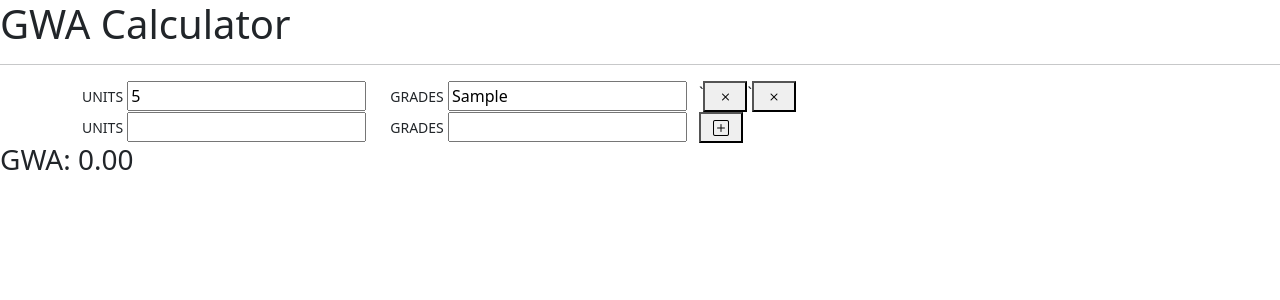
Repository: yonora/GWACalculator
Page: index.html
The author's editor kept a copy of each file at every save. The page is drawn from the files as they stood at one save, then again after the next save.
The browser window is 1280 px wide. The pictures show the whole page.
Empty fields were first filled with sample values (such as "Sample", 5 or name@example.com).
After loading, the first visible `button.col-auto` was clicked once.

Above is the page before, as saved 2025-01-08 00:22:36.

### index.html
<!DOCTYPE html>
<html lang="en">
<head>
    <meta charset="UTF-8">
    <meta name="viewport" content="width=device-width, initial-scale=1.0">
    <link rel="stylesheet" href="https://cdn.jsdelivr.net/npm/bootstrap@5.3.3/dist/css/bootstrap.min.css">
    <link rel="stylesheet" href="https://cdn.jsdelivr.net/npm/bootstrap-icons@1.11.3/font/bootstrap-icons.min.css">
    <script src="js.js"></script>
    <title>GWA Calculator</title>
</head>
<body>
    <h1>GWA Calculator</h1>
    <hr>
    <button class="col-auto add" onclick="add()"><i class="bi bi-plus-square"></i> ADD</button>
    <div class="container" id="container">
        <div class="row grade-container" data-index="1">
            <div class="col-auto">
                <label class="col-form-label-sm">UNITS</label>
                <input type="number" class="col-form-control units"  min="1" oninput="getGWA()">
            </div>
            <div class="col-auto">
                <label class="col-form-label-sm">GRADES</label>
                <input type="text" class="col-form-control grades" oninput="getGWA()">
            </div>
            `<button class="col-auto remove" onclick="remove(1)"><i class="bi bi-x"></i></button>`
        </div>
    </div>
    <h3>GWA: <span id="gwa">0.00</span></h3>
</body>
</html>

### js.js
function add(){
    const container = document.getElementById('container');
    var rows = document.querySelectorAll('.grade-container');
    const lastRow = rows[rows.length - 1];
    var lastIndex = parseFloat(lastRow.dataset.index);
    lastRow.insertAdjacentHTML(
        'beforeend',
        `<button class="col-auto remove" onclick="remove(${lastIndex})"><i class="bi bi-x"></i></button>`
    );
    lastIndex++;
    container.insertAdjacentHTML(
        'beforeend',
        `<div class=" row grade-container" data-index=${lastIndex}>
            <div class="col-auto">
                <label class="col-form-label-sm">UNITS</label>
                <input type="number" class="col-form-control units" min="1" oninput="getGWA()">
                <!--<input type="number" class="col-form-control units" min="1"> -->
            </div>
            <div class="col-auto">
                <label class="col-form-label-sm">GRADES</label>
                <input type="text" class="col-form-control grades" oninput="getGWA()">
                <!--<input type="text" class="col-form-control grades"> -->
            </div>
            <button class="col-auto add " onclick="add()"><i class="bi bi-plus-square"></i></button>
        </div>`
    );
    var add = document.querySelectorAll('.add');
    add = add[add.length - 2];
    add.remove();
}

function remove(id){
    const rows = document.querySelectorAll('.grade-container');
    for(let i=0; i < rows.length; i++){
        let row = rows[i];
        console.log(row.dataset.index);
        console.log(id);
        if(row.dataset.index == id){
            console.log('true');
            row.remove();
        }
    }
}

function getUnits(units, grades){
    var totalUnits = 0;

    for(let i=0; i<units.length; i++){
        const unit = parseFloat(units[i].value);
        const grade = parseFloat(grades[i].value);
        if (grade > 0){
            totalUnits += unit;
        }
    }
    return totalUnits;
}


function getGWA(){
    const grades = document.querySelectorAll('.grades');
    const units = document.querySelectorAll('.units');
    const totalUnits = getUnits(units, grades);
    var gwa = 0.00;

    for(let i=0; i<grades.length; i++){
        let unit = parseFloat(units[i].value) || 0;
        let grade = parseFloat(grades[i].value) || 0;
        if(grade > 0) {
            gwa += (grade * unit) / totalUnits;
            document.getElementById('gwa').innerHTML = gwa.toFixed(2);
        }

    }
}

After the next save:
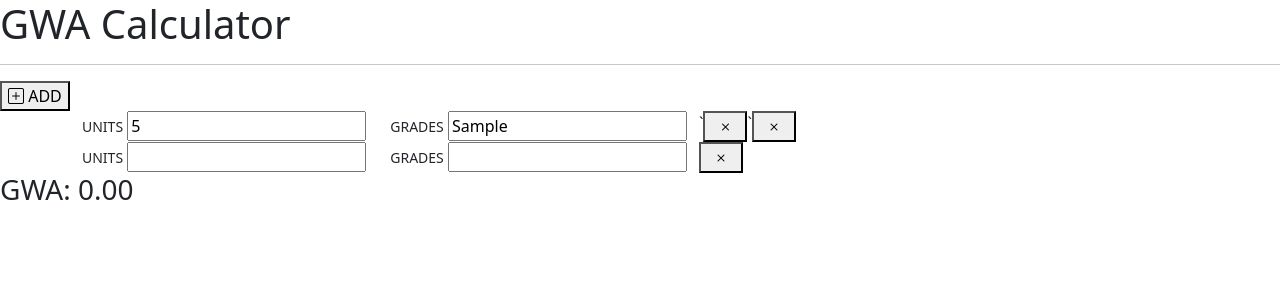
Console error: TypeError: Cannot read properties of undefined (reading 'remove')
Saved 22 s later.
--- a/js.js
+++ b/js.js
@@ -21,7 +21,7 @@
                 <input type="text" class="col-form-control grades" oninput="getGWA()">
                 <!--<input type="text" class="col-form-control grades"> -->
             </div>
-            <button class="col-auto add " onclick="add()"><i class="bi bi-plus-square"></i></button>
+            <button class="col-auto remove" onclick="remove(${lastIndex})"><i class="bi bi-x"></i></button>
         </div>`
     );
     var add = document.querySelectorAll('.add');

After the save that followed:
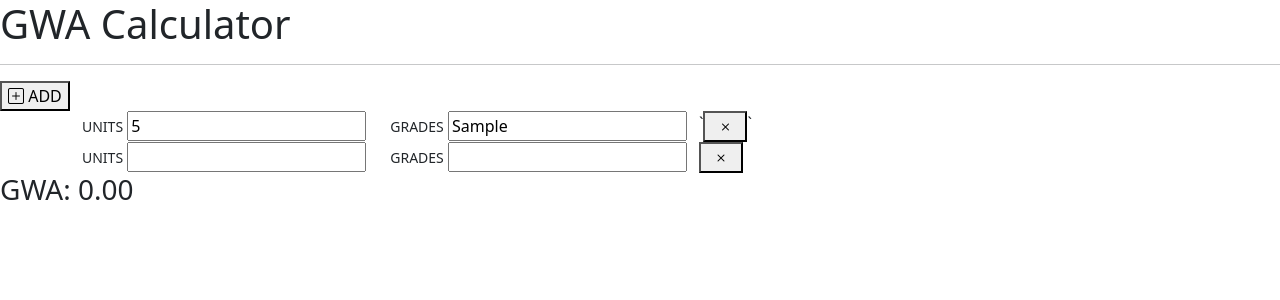
The error is gone.
Saved 39 s later.
--- a/js.js
+++ b/js.js
@@ -3,10 +3,6 @@
     var rows = document.querySelectorAll('.grade-container');
     const lastRow = rows[rows.length - 1];
     var lastIndex = parseFloat(lastRow.dataset.index);
-    lastRow.insertAdjacentHTML(
-        'beforeend',
-        `<button class="col-auto remove" onclick="remove(${lastIndex})"><i class="bi bi-x"></i></button>`
-    );
     lastIndex++;
     container.insertAdjacentHTML(
         'beforeend',
@@ -24,9 +20,6 @@
             <button class="col-auto remove" onclick="remove(${lastIndex})"><i class="bi bi-x"></i></button>
         </div>`
     );
-    var add = document.querySelectorAll('.add');
-    add = add[add.length - 2];
-    add.remove();
 }
 
 function remove(id){
